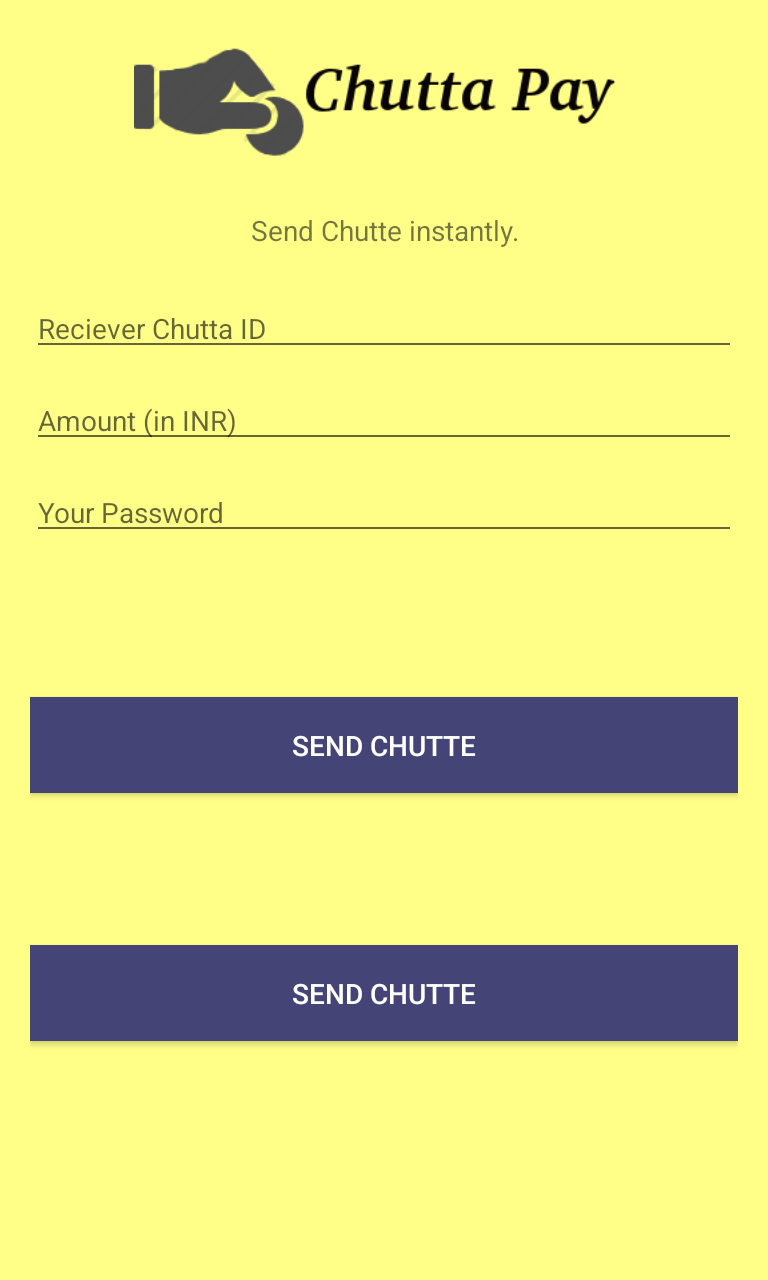
Repository: pankajksharma/chutta-pay
Layout: ChuttaPay/res/layout/payment.xml
The author's editor kept a copy of each file at every save. The layout is drawn from the files as they stood at one save, then again after a run of saves.
It is drawn on a 768 x 1280 px phone screen (xhdpi) without system bars, with theme AppTheme; the app's code is not run. The app's manifest (not shown) leaves right-to-left support off. So textAlignment, textDirection and layoutDirection are ignored, and left and right values win over start and end ones.

Above is the layout before, as saved 2014-04-26 15:57:39.

### ChuttaPay/res/layout/payment.xml
<?xml version="1.0" encoding="utf-8"?>
<RelativeLayout xmlns:android="http://schemas.android.com/apk/res/android"
    android:layout_width="match_parent"
    android:layout_height="match_parent"
    android:background="#ffff88"
    android:paddingLeft="15dp"
    android:paddingRight="15dp" >

    <ImageView
        android:id="@+id/imageView1"
        android:layout_width="wrap_content"
        android:layout_height="wrap_content"
        android:layout_marginTop="5dp"
        android:layout_centerHorizontal="true"
        android:src="@drawable/logo" />

    <LinearLayout
        android:id="@+id/ll"
        android:layout_width="match_parent"
        android:layout_height="wrap_content"
        android:layout_below="@id/imageView1"
        android:layout_centerHorizontal="true"
        android:layout_marginTop="15dp"
        android:orientation="vertical" >

        <TextView
            android:layout_width="match_parent"
            android:layout_height="wrap_content"
            android:gravity="center_horizontal"
            android:layout_marginBottom="20dp"
            android:text="Send Chutte instantly." />


        <EditText
            android:id="@+id/edt_user_id"
            android:layout_width="match_parent"
            android:layout_height="wrap_content"
            android:layout_marginBottom="10dp"
            android:hint="Reciever Chutta ID"
            android:inputType="number"
            android:lines="1"
            android:textSize="14sp" />

        <EditText
            android:id="@+id/edt_amount"
            android:layout_width="match_parent"
            android:layout_height="wrap_content"
            android:layout_marginBottom="10dp"
            android:hint="Amount (in INR)"
            android:inputType="number"
            android:lines="1"
            android:textSize="14sp" />

         <EditText
            android:id="@+id/edt_password"
            android:layout_width="match_parent"
            android:layout_height="wrap_content"
            android:layout_marginBottom="10dp"
            android:hint="Your Password"
            android:inputType="textPassword"
            android:lines="1"
            android:textSize="14sp" />


    </LinearLayout>

    <Button
        android:id="@+id/btn_submit"
        android:layout_width="match_parent"
        android:layout_height="wrap_content"
        android:layout_below="@+id/ll"
        android:layout_marginTop="66dp"
        android:background="#444477"
        android:text="Send Chutte"
        android:textAlignment="center"
        android:textColor="#ffffff" />

    <LinearLayout
        android:id="@+id/ll2"
        android:layout_width="match_parent"
        android:layout_height="wrap_content"
        android:layout_below="@+id/btn_submit"
        android:orientation="horizontal"
        android:layout_marginTop="10dp" >

         <Button
        android:id="@+id/btn_submit"
        android:layout_width="match_parent"
        android:layout_height="wrap_content"
        android:layout_below="@+id/ll"
        android:layout_marginTop="66dp"
        android:background="#444477"
        android:text="Send Chutte"
        android:textAlignment="center"
        android:textColor="#ffffff" />
          <Button
        android:id="@+id/btn_submit"
        android:layout_width="match_parent"
        android:layout_height="wrap_content"
        android:layout_below="@+id/ll"
        android:layout_marginTop="66dp"
        android:background="#444477"
        android:text="Send Chutte"
        android:textAlignment="center"
        android:textColor="#ffffff" />
    </LinearLayout>
</RelativeLayout>

Loaded but not shown: ChuttaPay/res/values/styles.xml (common file); ChuttaPay/res/values-v11/styles.xml (common file); ChuttaPay/res/values-v14/styles.xml (common file)

After the next 2 saves:
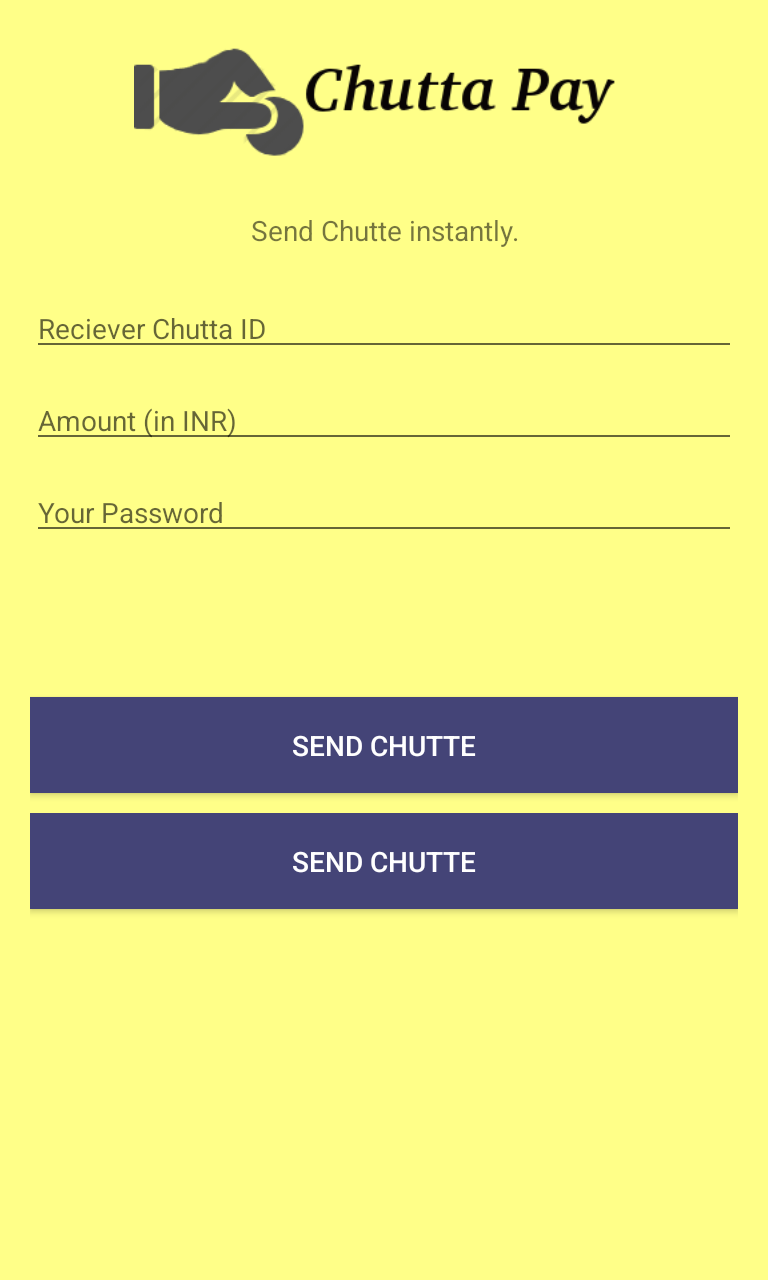
The 2 saves are shown as one change because they came seconds apart.
The last was saved 18 s later.
--- a/ChuttaPay/res/layout/payment.xml
+++ b/ChuttaPay/res/layout/payment.xml
@@ -87,8 +87,6 @@
         android:id="@+id/btn_submit"
         android:layout_width="match_parent"
         android:layout_height="wrap_content"
-        android:layout_below="@+id/ll"
-        android:layout_marginTop="66dp"
         android:background="#444477"
         android:text="Send Chutte"
         android:textAlignment="center"
